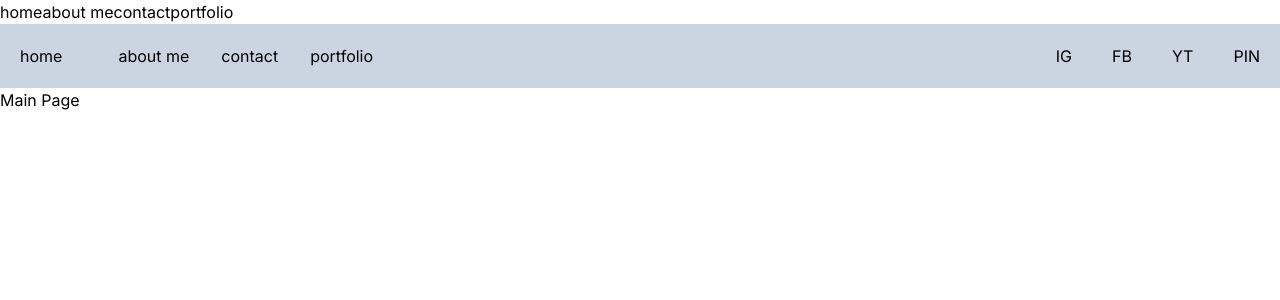
Repository: hubertrh/klaudia-personal-next
Page: /
These files come from the project's save history. The page is drawn as it stood at one moment and after the next save; the edit follows.
The browser window is 1280 px wide. The pictures show the whole page.
The project was rebuilt for these pictures with package versions that can differ from the ones it lists, and the page was loaded fresh each time. The framework's server and built-in components were replaced by stand-ins that run in the browser. Also part of the build but not shown: next.config.js.

Above is the page before, as saved 2023-08-11 11:18:06.

After the next save:
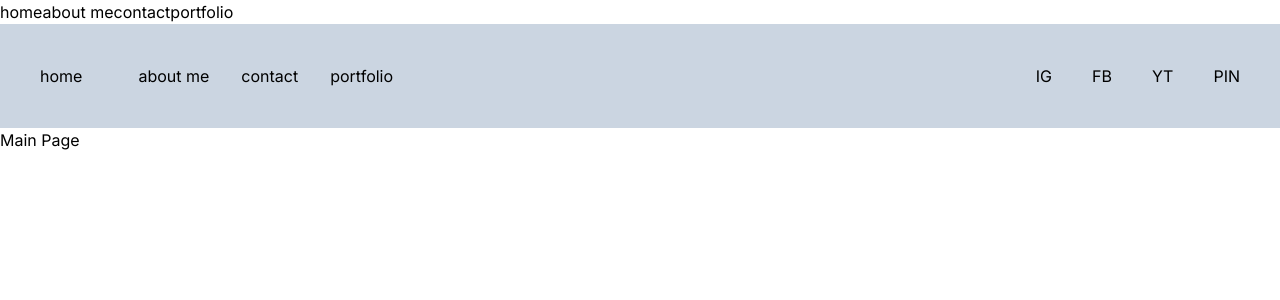
Saved 19 s later.
--- a/app/(site)/layout.tsx
+++ b/app/(site)/layout.tsx
@@ -18,7 +18,7 @@ export default function RootLayout({
   return (
     <html lang="en">
       <body className={inter.className}>
-        <header className="flex justify-between bg-slate-300 p-5">
+        <header className="flex justify-between bg-slate-300 p-10">
           <nav>
             <Link className="nav-link !pr-14" href="#!">
               home
